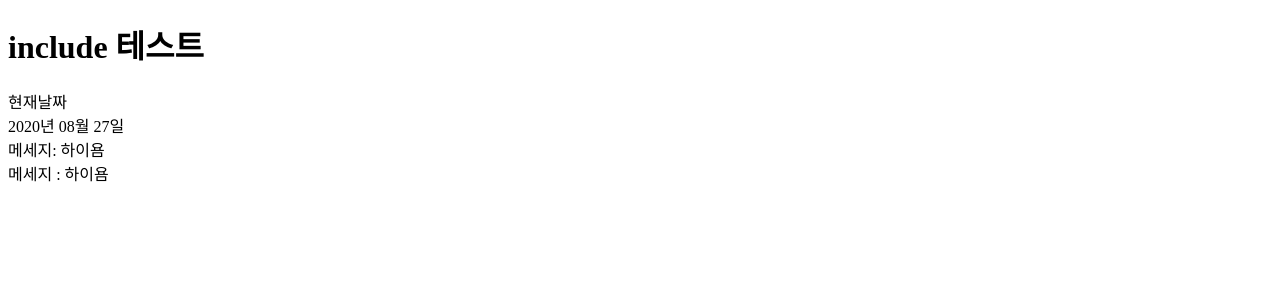
Repository: pje00427/webserver_workspace1
Page: http://localhost/2_JSP/views/03_directiveInclude.jsp
The author's editor kept a copy of each file at every save. The page is drawn from the files as they stood at one save, then again after the next save.
The browser window is 1280 px wide. The pictures show the whole page.
The page is served by Tomcat 9.

Above is the page before, as saved 2020-08-31 03:33:53.

After the next save:
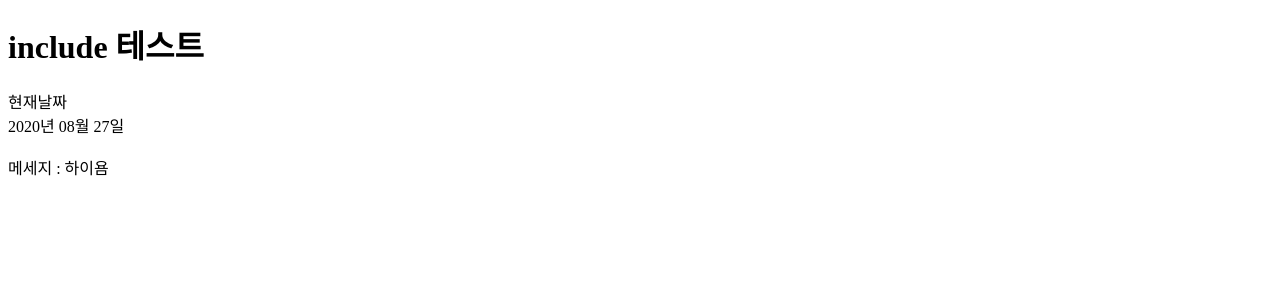
Saved 15 s later.
--- a/2_JSP/WebContent/views/includePage.jsp
+++ b/2_JSP/WebContent/views/includePage.jsp
@@ -16,6 +16,5 @@
 </head>
 <body>
 	<%= today %><br>
-	메세지: <%= msg %>
 </body>
 </html>
